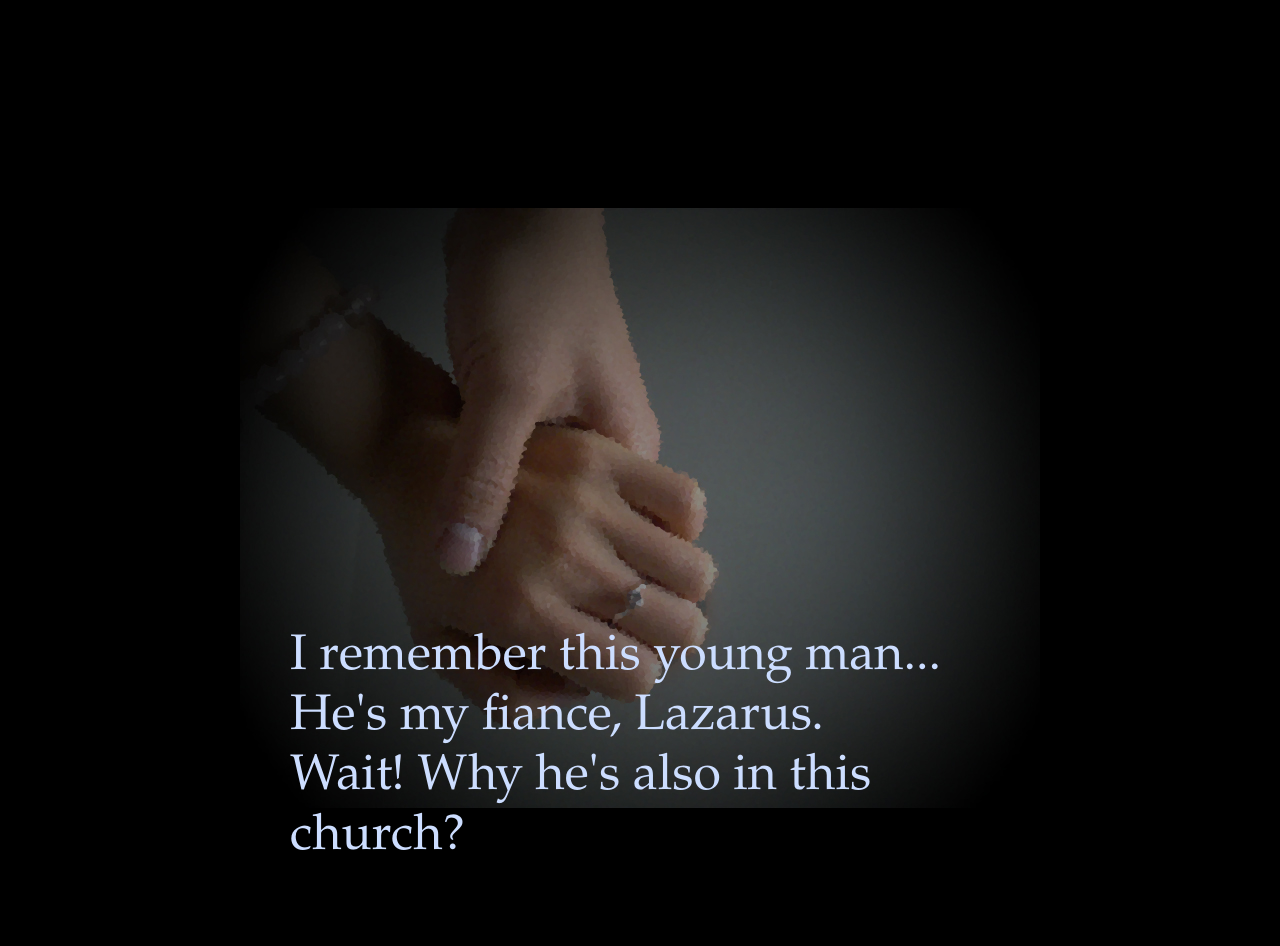
Repository: yiy225/yiy225.github.io
Page: final/ymm1.html
The author's editor kept a record of every edit. The page is drawn from the files as they stood at one moment, then again after the next edit.
The browser window is 1280 px wide. The pictures show the whole page.
The first visible `.mouse` is being pressed.

Above is the page before.

After the next edit:
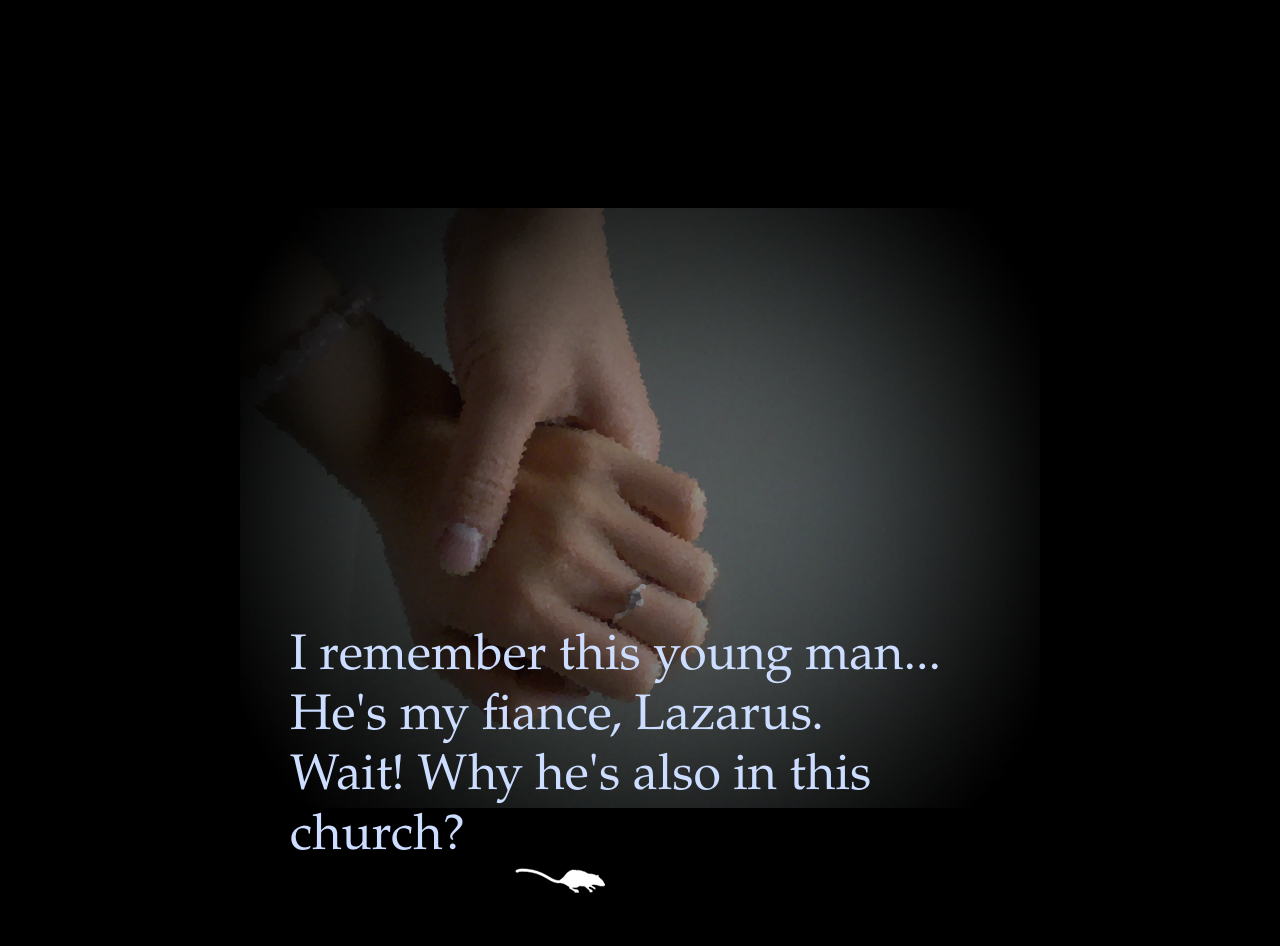
The edit:
--- a/final/styles ymm1.css
+++ b/final/styles ymm1.css
@@ -57,5 +57,5 @@
 
 
 .mouse:active {
-background-position: -160px 0;
+background-position: 0px 0;
 }
